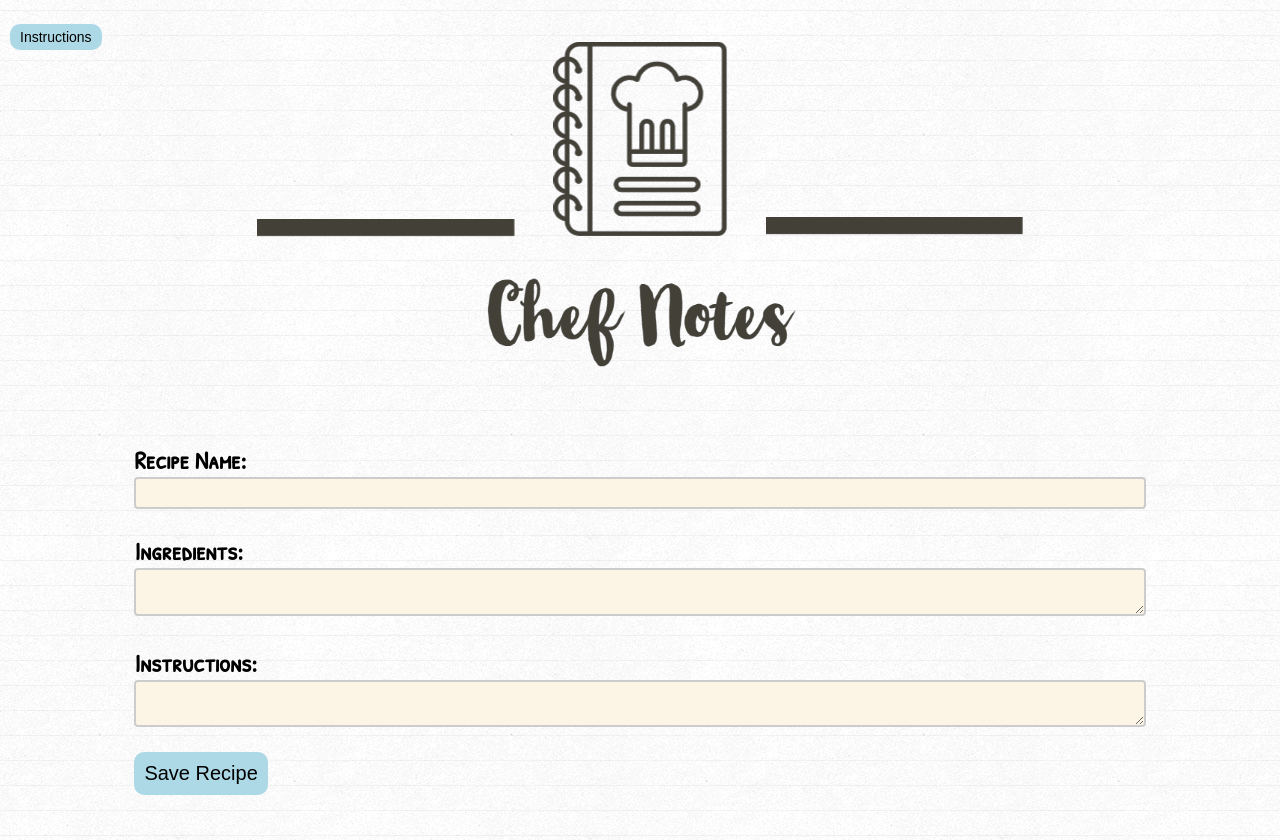
Repository: Chadloswald/RecipeSite
Page: docs/index.html
These files come from the project's save history. The page is drawn as it stood at one moment and after the next save; the edit follows.
The browser window is 1280 px wide. The pictures show the whole page.

Above is the page before, as saved 2023-06-18 09:13:49.

### docs/index.html
<!DOCTYPE html>
<html lang="en">
  <head>
    <meta charset="UTF-8">
    <meta name="viewport" content="width=device-width, initial-scale=1.0">
    <title>ChefNotes</title>
    <style type="text/css">
    </style>
    <link rel="stylesheet" href="style.css">
  </head>
  <body>
    <button id="help" class="help">Instructions</button>
    <!-- <h1>Chef Notes</h1> -->
    <div id="logo">
      <img src="CNLogo.png" alt="Chef Notes Logo">
    </div>
    <form>
      <label for="name">Recipe Name:</label>
      <input type="text" id="name" name="name">
      <br>
      <label for="ingredients">Ingredients:</label>
      <textarea id="ingredients" name="ingredients"></textarea>
      <br>
      <label for="instructions">Instructions:</label>
      <textarea id="instructions" name="instructions"></textarea>
      <br>
      <div id="button-container">
        <button id="saveButton" type="button">Save Recipe</button>
        <button id="printButton">Print Recipes</button>
        <button id="emailButton">Email Recipes</button>
        <button id="deleteButton">Delete All Recipes</button>
      </div>
    </form>
    <div id="recipe-list">
      <div class="recipe-line"></div>
    <div id="list"></div>
    </div>
    <script src="scripts.js"></script>
  </body>
</html>

### docs/style.css
@font-face {
  font-family: 'Patrick Hand';
  src: url('PatrickHandSC-Regular.ttf') format('truetype');
}

body {
  font-family: 'Patrick Hand', cursive;
  margin-top: 30px 0px 0px 0px;
  padding: 0;
  background-image: url("lined-paper-2.png");
}

h1 {
  text-align: center;
  padding: 20px 0 0 0;
  border-bottom: 4px solid black;
  margin: 0 300px;
  font-size: 70px;
}

#help {
  position: fixed;
  top: 10px;
  left: 10px;
}

.help {
  font-size: 14px;
  padding: 5px 10px;
}

form {
  width: 80%;
  margin: 0 auto;
}

label {
  display: block;
  font-weight: bold;
  margin-top: 1em;
  font-size: 25px;
}

input[type="text"], textarea {
  background-color: #FCF5E5;
  width: 100%;
  box-sizing: border-box;
  padding: 0.5em;
  border: 2px solid #ccc;
  border-radius: 4px;
}

button {
  margin: 1em auto;
  padding: 0.5em;
  border-radius: 10px;
  font-size: 20px;
  border: none;
  cursor: pointer;
  background-color: #ADD8E6;
  color: black;
}

button:hover {
  background-color: gray;
  color: #FCF5E5;
}

.button-container {
  display: flex;
  flex-direction: row;
  align-items: center;
  justify-content: center;
}

.button-container button {
  margin: 0 10px;
}

#printButton {
  display: none;
}

#emailButton {
  display: none;
}

#deleteButton {
  display: none;
}

#recipe-list {
  width: 80%;
  margin: 1em auto;
  font-size: 25px;
}

h2 {
  font-size: 25px;
}

p {
  font-size: 20px;
}

.recipe-line {
  height: 1px;
	background-color: black;
	position: relative;
	margin-top: 30px;
	margin-bottom: 30px;
	left: 0;
	width: 50%;
  display: none;
}

.recipe:not(:last-child) .recipe-line {
  display: block;
  margin-left: 25%;
}

#logo {
  text-align: center;
}

/* Printing style */
@media print {
  /* Remove form elements */
  form {
    display: none;
  }

  #help {
    display: none;
  }

  /* Position Chef and Notes next to each other */
  h1 {
    display: flex;
    align-items: center;
    justify-content: center;
    font-size: 40px;
    margin: 0;
    padding-top: 20px;
    border-bottom: 4px solid black;
    page-break-after: avoid; /* prevent the header from breaking across pages */
  }

  h1 span:first-child {
    margin-right: 20px; /* add space between Chef and Notes */
  }

  /* Adjust margins and padding */
  body {
    margin: 20mm 25mm 20mm 25mm; /* top right bottom left */
    padding: 0;
  }

  h2 {
    font-size: 30px;
  }

  p {
    font-size: 20px;
  }

  /* Add page breaks between recipes */
  .recipe:not(:last-child) {
    page-break-after: always;
  }
  #recipe-list {
    margin-left: 0;
  }
}

/* CSS for screens up to 820px */
@media screen and (max-width: 820px) {
  body {
    margin-top: 12px;
  }

  h1 {
    font-size: 38px;
    margin: 0 40px;
  }

  form {
    width: 85%;
  }

  button {
    font-size: 14px;
    padding: 0.25em;
  }
}

/* CSS for screens up to 600px */
@media screen and (max-width: 600px) {
  body {
    margin-top: 10px;
  }

  h1 {
    font-size: 40px;
    margin: 0 50px;
  }

  form {
    width: 90%;
  }

  button {
    font-size: 15px;
    padding: 0.3em;
  }
}

/* CSS for screens up to 480px */
@media screen and (max-width: 480px) {
  body {
    margin-top: 15px;
  }

  h1 {
    font-size: 35px;
    margin: 0 30px;
  }

  form {
    width: 80%;
  }

  button {
    font-size: 12px;
    padding: 0.2em;
  }
}

/* CSS for screens up to 320px */
@media screen and (max-width: 320px) {
  body {
    margin-top: 20px;
  }

  h1 {
    font-size: 30px;
    margin: 0 20px;
  }

  form {
    width: 70%;
  }

  button {
    font-size: 10px;
    padding: 0.1em;
  }
}

.recipe {
  word-wrap: break-word;
}

### docs/scripts.js
const recipeList = document.getElementById('recipe-list');

document.addEventListener('DOMContentLoaded', function() {

  const save = document.getElementById('saveButton');

  const nameInput = document.getElementById('name');
  const ingredientsInput = document.getElementById('ingredients');
  const instructionsInput = document.getElementById('instructions');

  save.addEventListener('click', function() {

    const name = nameInput.value.trim();
    const ingredients = ingredientsInput.value.trim();
    const instructions = instructionsInput.value.trim();

    if (name === '' || ingredients === '' || instructions === '') {
      alert('Please fill in all the fields before saving the recipe.');
      return
    }

    document.getElementById("printButton").style.display = "inline";
    document.getElementById("emailButton").style.display = "inline";
    document.getElementById("deleteButton").style.display = "inline";

    const recipe = document.createElement('div');
    recipe.classList.add('recipe'); // Add the 'recipe' class

    const recipeName = document.createElement('h2');
    const recipeIngredients = document.createElement('p');
    const recipeInstructions = document.createElement('p');
    const recipeLine = document.createElement('div');

    recipeLine.classList.add('recipe-line');

    recipe.appendChild(recipeLine);

    recipeName.innerText = name;
    recipeIngredients.innerText = `Ingredients: ${ingredients}`;
    recipeInstructions.innerText = `Instructions: ${instructions}`;

    recipe.appendChild(recipeName);
    recipe.appendChild(recipeIngredients);
    recipe.appendChild(recipeInstructions);

    recipeList.appendChild(recipe);

    recipeLine.style.display = 'block';

    nameInput.value = '';
    ingredientsInput.value = '';
    instructionsInput.value = '';
  });

  const printButton = document.getElementById('printButton');

  printButton.addEventListener('click', function() {
    window.print();
    event.preventDefault();
  });

  const emailButton = document.getElementById('emailButton');

  emailButton.addEventListener('click', function() {
    // Get the saved recipe list
    const recipes = recipeList.getElementsByClassName('recipe');

    // Create the email body with the contents of the saved recipe list
    let emailBody = '';
    for (let i = 0; i < recipes.length; i++) {
      const recipe = recipes[i];
      const recipeName = recipe.querySelector('h2').innerText;
      const recipeIngredients = recipe.querySelector('p:nth-of-type(1)').innerText;
      const recipeInstructions = recipe.querySelector('p:nth-of-type(2)').innerText;

      emailBody += `${recipeName}\n\nIngredients: ${recipeIngredients}\n\nInstructions: ${recipeInstructions}\n\n`;
    }

    event.preventDefault();
    // Open the default email client with the populated email body
    const subject = 'My Saved Recipes';
    const mailtoLink = `mailto:?subject=${encodeURIComponent(subject)}&body=${encodeURIComponent(emailBody)}`;
    window.location.href = mailtoLink;

  });

  help.addEventListener('click', function() {
    window.alert("\nWelcome to Chef Notes! \nChef Notes is designed for you to quickly jot down those recipe ideas that you have on the go! Just fill in the Recipe Name, the Ingredients, and the Directions into the corresponding fields then click the Save Recipe button. \nOnce you've got a recipe or two saved up, click the Print Recipe button to open your devices print services, select a printer, then print a hard copy of your recipes \nClick the Email Recipes button to open up your device's default email client so you can send your recipes wherever they need to go!");
  });
  const deleteButton = document.getElementById("deleteButton")
  deleteButton.addEventListener('click', function() {
    recipeList.innerHTML = '';

  });
});

After the next save:
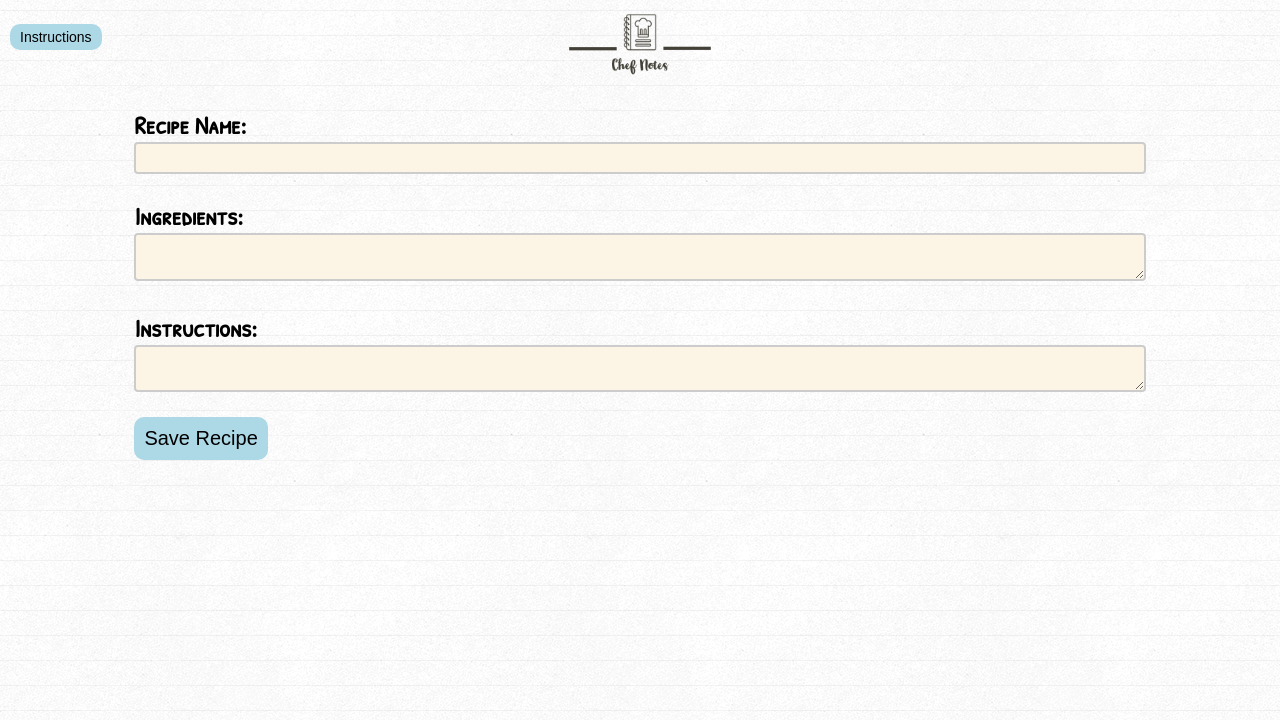
Saved 87 s later.
--- a/docs/style.css
+++ b/docs/style.css
@@ -123,6 +123,13 @@ p {
   text-align: center;
 }
 
+#logo img {
+  display: block;
+  margin: 0 auto;
+  max-width: 200px;
+  height: auto;
+}
+
 /* Printing style */
 @media print {
   /* Remove form elements */
